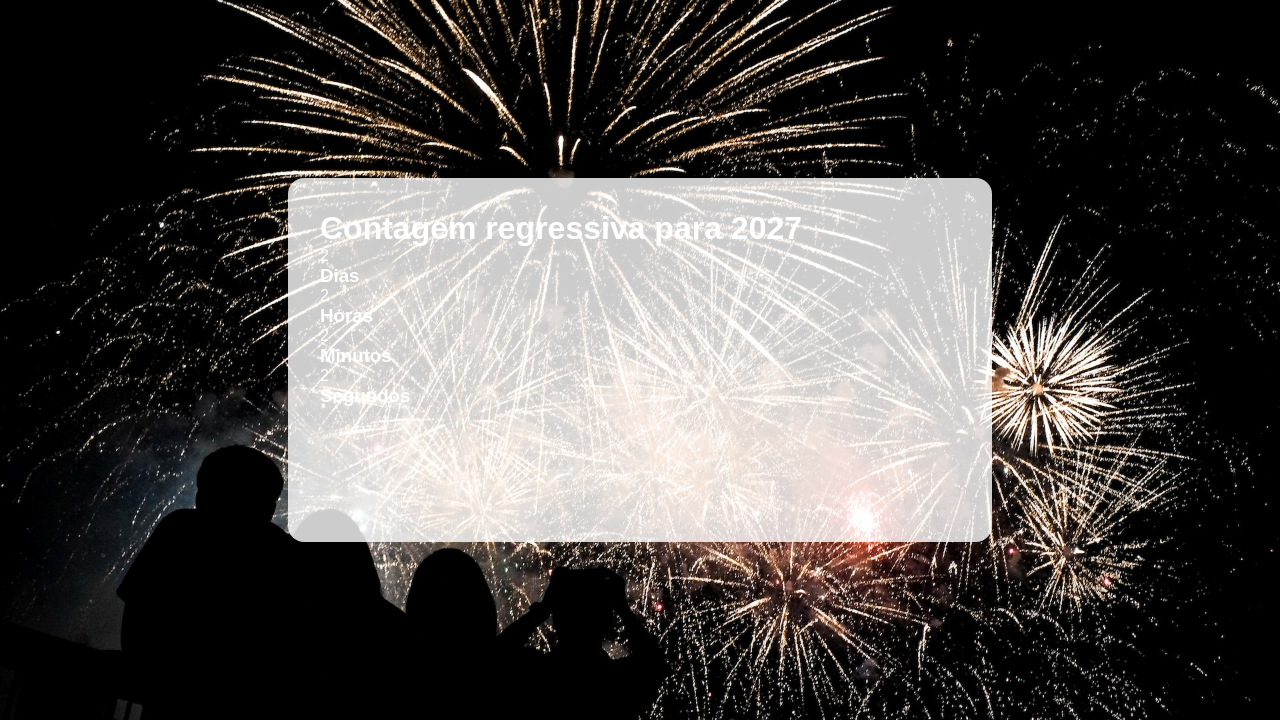
Repository: Bitroia/countdown_timer
Page: / (app in countdown/)
The author's editor kept a copy of each file at every save. The page is drawn from the files as they stood at one save, then again after the next save.
The browser window is 1280 px wide. The pictures show the whole page.
The project was rebuilt for these pictures with package versions that can differ from the ones it lists, and the page was loaded fresh each time. Also part of the build but not shown: countdown/vite.config.js.

Above is the page before, as saved 2026-07-07 19:07:42.

### countdown/index.html
<!doctype html>
<html lang="en">
  <head>
    <meta charset="UTF-8" />
    <link rel="icon" type="image/svg+xml" href="/favicon.svg" />
    <meta name="viewport" content="width=device-width, initial-scale=1.0" />
    <title>countdown</title>
  </head>
  <body>
    <div id="root"></div>
    <script type="module" src="/src/main.jsx"></script>
  </body>
</html>

### countdown/src/index.css
* {
  margin: 0;
  padding: 0;
  font-family: Arial, Helvetica, sans-serif;

}

body {
  min-height: 100vh;
}

### countdown/src/App.jsx
import "./App.css";
import Title from "./components/Title";
import Counter from "./components/Counter";
import NewYear from "./assets/newyear.jpg";

function App() {
  return (

    <div className="app" style={{ backgroundImage: `url(${NewYear})` }}>
      <div className="container">
        <Title title="Contagem regressiva para 2027" />
        <div className="countdown-container">
          <Counter title="Dias" number={2} />
          <Counter title="Horas" number={2} />
          <Counter title="Minutos" number={2} />
          <Counter title="Segundos" number={2} />
        </div>
      </div>
    </div>
  );
}

export default App;

### countdown/src/App.css
.app {
  min-height: 100vh;
  background-size: cover;
  background-position: center;
  display: flex;
  justify-content: center;
  align-items: center;
}

.container {
  min-width: 50%;
  min-height: 300px;
  background-color: rgba(255, 255, 255, 0.8);
  color: #fff;
  padding: 2rem;
  border-radius: 1rem;
}

### countdown/src/components/Title.jsx
import React from 'react'

const Title = ({title}) => {
  return (
    <h1>{title}</h1>
  )
}

export default Title

### countdown/src/components/Counter.jsx
import React from "react";

const Counter = ({ title, number }) => {
  return (
    <div className="counter">
      <p className="counter-number">{number}</p>
      <h3 className="counter-text">{title}</h3>
    </div>
  );
};

export default Counter;

Loaded but not shown: countdown/src/main.jsx (common file)

After the next save:
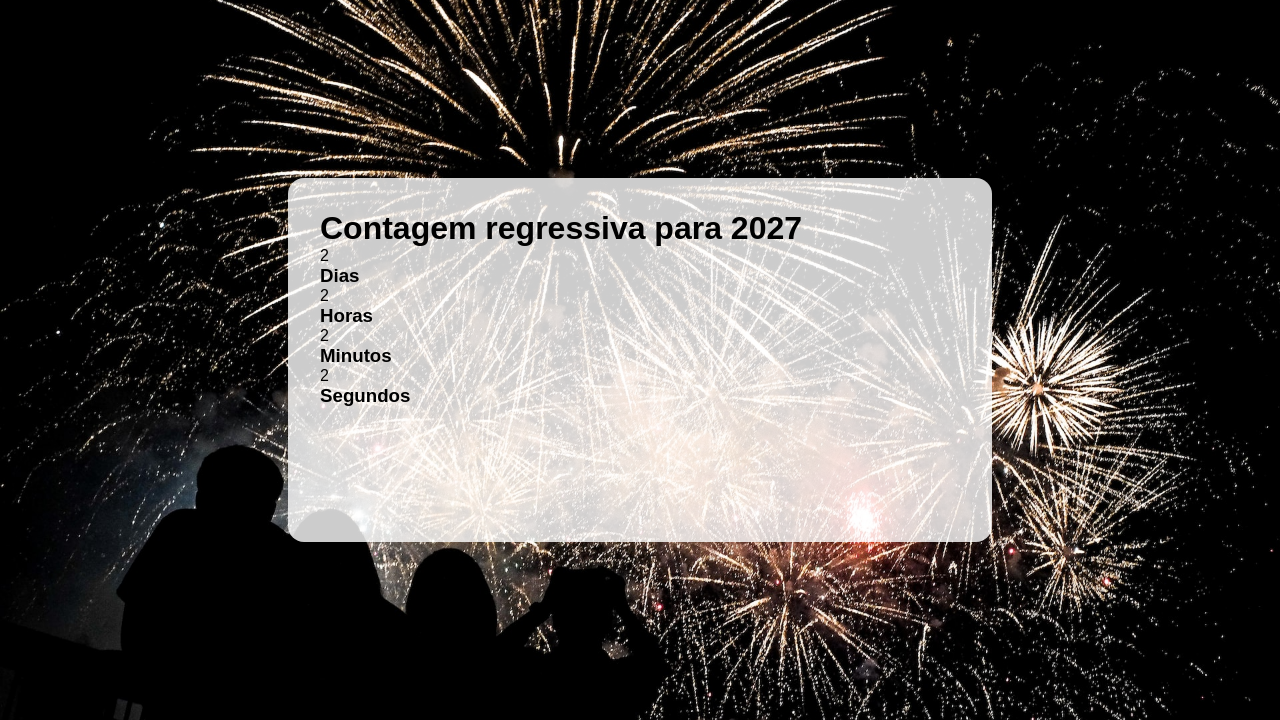
Saved 5 s later.
--- a/countdown/src/App.css
+++ b/countdown/src/App.css
@@ -11,7 +11,6 @@
   min-width: 50%;
   min-height: 300px;
   background-color: rgba(255, 255, 255, 0.8);
-  color: #fff;
   padding: 2rem;
   border-radius: 1rem;
 }
